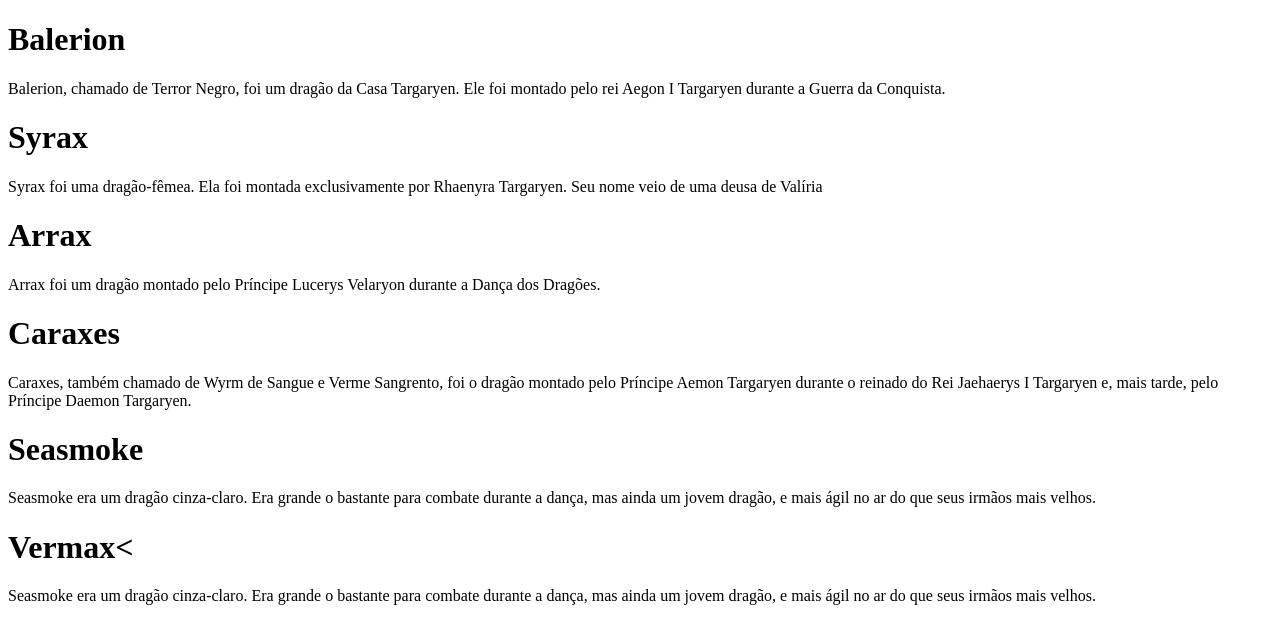
Repository: Caiquedev123/Dragaoes-progeto
Page: index.html
The author's editor kept a copy of each file at every save. The page is drawn from the files as they stood at one save, then again after the next save.
The browser window is 1280 px wide. The pictures show the whole page.

Above is the page before, as saved 2024-08-09 11:23:23.

After the next save:
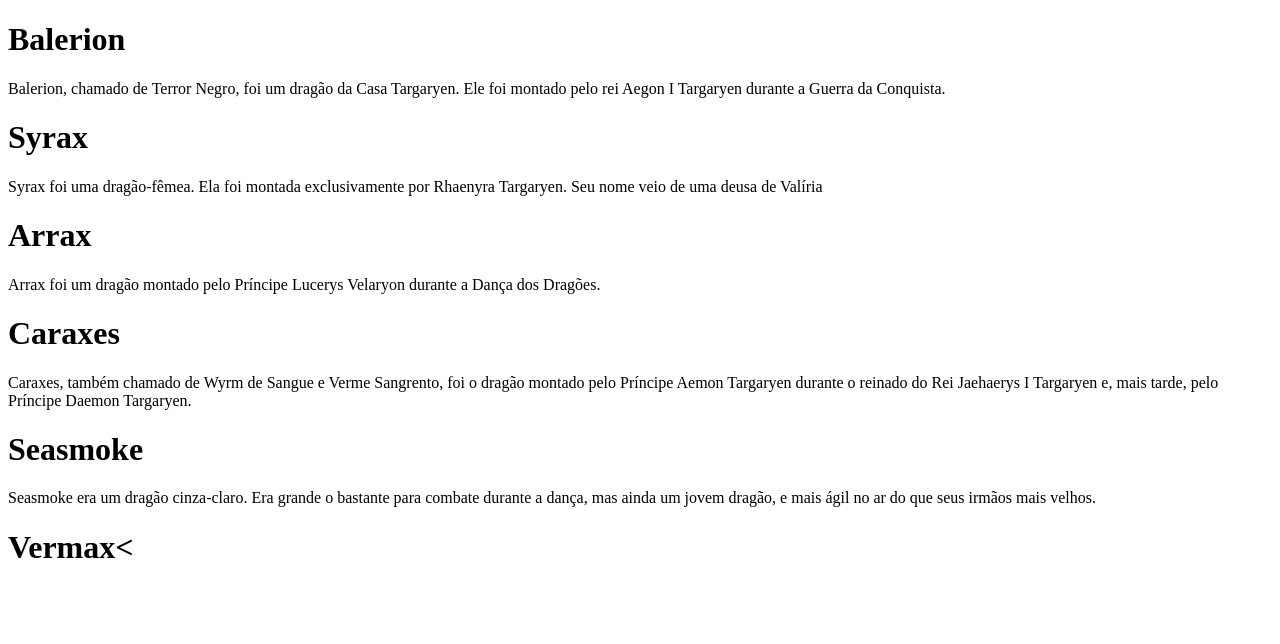
Saved 6 s later.
--- a/index.html
+++ b/index.html
@@ -43,7 +43,7 @@
             <div class="informacoes ativa">
                 <h1>Vermax<</h1>
 
-                <p class="descricao">Seasmoke era um dragão cinza-claro. Era grande o bastante para combate durante a dança, mas ainda um jovem dragão, e mais ágil no ar do que seus irmãos mais velhos.</p>
+                <p class="descricao"></p>
             </div>
 
 
